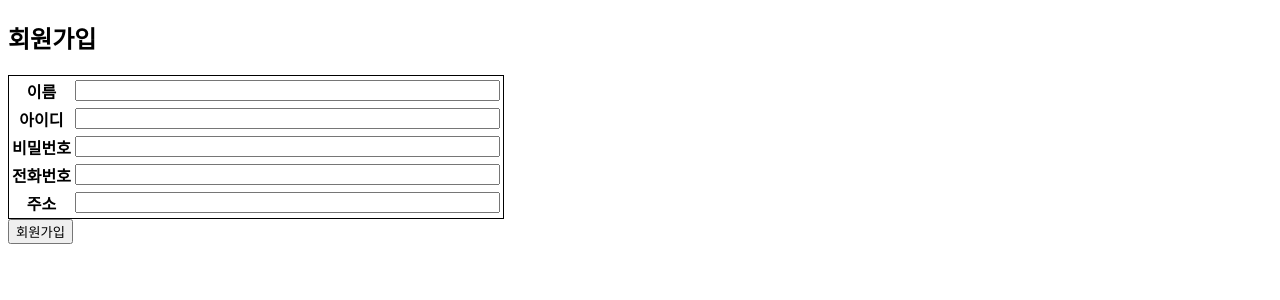
Repository: johwon/jspStudy
Page: jspStudy/src/main/webapp/member/member.html
An editor plug-in stored every save of this project. The page is shown before and after the next save, followed by the edit.
The browser window is 1280 px wide. The pictures show the whole page.

Above is the page before, as saved 2024-12-03 07:55:28.

After the next save:
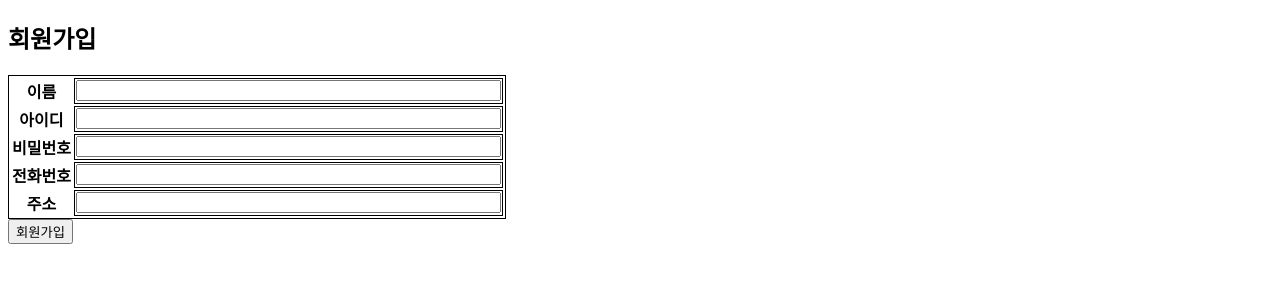
Saved 14 s later.
--- a/jspStudy/src/main/webapp/member/member.html
+++ b/jspStudy/src/main/webapp/member/member.html
@@ -5,7 +5,7 @@
 <title>회원가입</title>
 </head>
 <style>
-table {
+table, tr, td {
 	border: 1px solid black;
 }
 </style>
